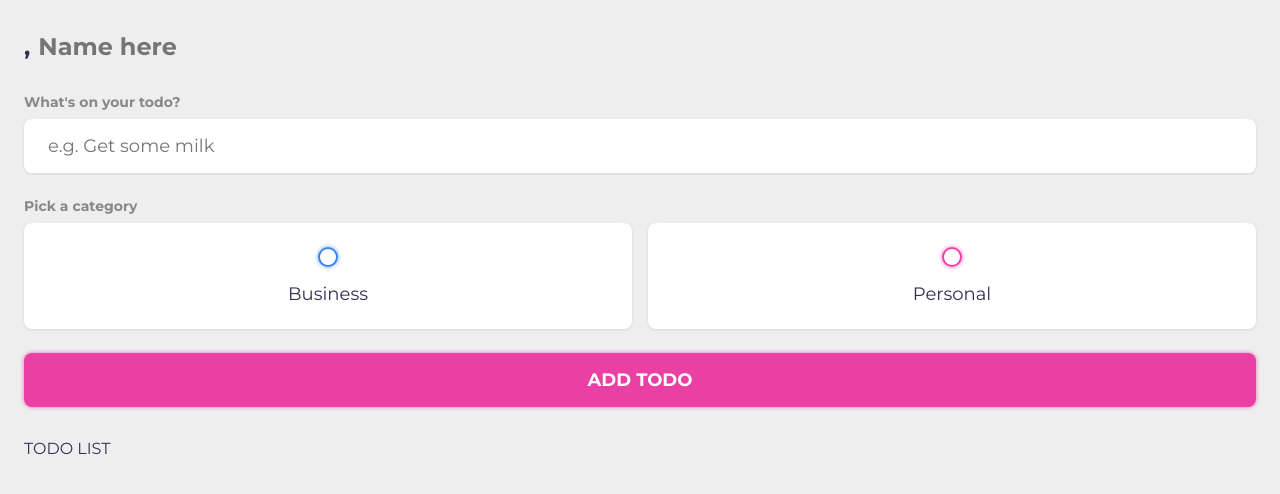
Repository: kluivert-ssali/kaDo_final
Page: index.html
The author's editor kept a copy of each file at every save. The page is drawn from the files as they stood at one save, then again after the next save.
The browser window is 1280 px wide. The pictures show the whole page.
Some web libraries are served in a nearby version.

Above is the page before, as saved 2023-06-11 20:37:45.

### index.html
<!DOCTYPE html>
<html lang="en">
  <head>
    <meta charset="UTF-8" />
    <meta http-equiv="X-UA-Compatible" content="IE=edge" />
    <meta name="viewport" content="width=device-width, initial-scale=1.0" />
    <title>KaDo</title>
    <!-- CSS Import -->
    <link rel="stylesheet" href="main.css" />
    <!-- End of CSS Import -->
    <!-- Fonts -->
    <link rel="preconnect" href="https://fonts.googleapis.com" />
    <link rel="preconnect" href="https://fonts.gstatic.com" crossorigin />
    <link
      href="https://fonts.googleapis.com/css2?family=Fira+Sans:ital,wght@0,400;0,700;0,900;1,400&family=Montserrat:ital,wght@0,400;0,700;0,900;1,400&display=swap"
      rel="stylesheet"
    />
    <!-- End of Fonts -->
  </head>
  <body>
    <script src="https://ajax.googleapis.com/ajax/libs/jquery/2.1.1/jquery.min.js"></script>
    <!-- App Wrapper -->
    <main class="app">
      <!-- Greeting -->
      <h class="day-message"></h>
      <section class="greeting">
        <h2 class="title">
          <span class="day-message"></span>,<input
            type="text"
            id="name"
            placeholder="Name here"
          />
        </h2>
      </section>
      <!-- End of Greeting -->

      <!-- New Todo -->
      <section class="create-todo">
        <form id="new-todo-form">
          <h4>What's on your todo?</h4>
          <input
            type="text"
            placeholder="e.g. Get some milk"
            name="content"
            id="content"
          />

          <h4>Pick a category</h4>
          <div class="options">
            <label>
              <input
                type="radio"
                name="category"
                id="category1"
                value="business"
              />
              <span class="bubble business"></span>
              <div>Business</div>
            </label>
            <label>
              <input
                type="radio"
                name="category"
                id="category2"
                value="personal"
              />
              <span class="bubble personal"></span>
              <div>Personal</div>
            </label>
          </div>

          <input type="submit" value="Add todo" />
        </form>
      </section>
      <!-- End of New Todo -->

      <!-- Todo List -->
      <section class="todo-list">
        <h3>TODO LIST</h3>
        <div class="list" id="todo-list"></div>
      </section>
      <!-- End of Todo List -->
    </main>
    <!-- End of App Wrapper -->

    <!-- JS Import -->
    <script src="main.js"></script>
    <!-- End of JS Import -->
  </body>
</html>

### main.css
/* Variables */
:root {
	--primary: #EA40A4;
	--business: #3a82ee;
	--personal: var(--primary);
	--light: #EEE;
	--grey: #888;
	--dark: #313154;
	--danger: #ff5b57;

	--shadow: 0 1px 3px rgba(0, 0, 0, 0.1);

	--business-glow: 0px 0px 4px rgba(58, 130, 238, 0.75);
	--personal-glow: 0px 0px 4px rgba(234, 64, 164, 0.75);
}
/* End of Variables */

/* Resets */
* {
	margin: 0;
	padding: 0;
	box-sizing: border-box;
	font-family: 'montserrat', sans-serif;
}

input:not([type="radio"]):not([type="checkbox"]), button {
	appearance: none;
	border: none;
	outline: none;
	background: none;
	cursor: initial;
}
/* End of Resets */

body {
	background: var(--light);
	color: var(--dark);
}

section {
	margin-top: 2rem;
	margin-bottom: 2rem;
	padding-left: 1.5rem;
	padding-right: 1.5rem;
}

h3 {
	color: var(--dark);
	font-size: 1rem;
	font-weight: 400;
	margin-bottom: 0.5rem;
}

h4 {
	color: var(--grey);
	font-size: 0.875rem;
	font-weight: 700;
	margin-bottom: 0.5rem;
}

.greeting .title {
	display: flex;
}

.greeting .title input {
	margin-left: 0.5rem;
	flex: 1 1 0%;
	min-width: 0;
}

.greeting .title,
.greeting .title input {
	color: var(--dark);
	font-size: 1.5rem;
	font-weight: 700;
}

.create-todo input[type="text"] {
	display: block;
	width: 100%;
	font-size: 1.125rem;
	padding: 1rem 1.5rem;
	color: var(--dark);
	background-color: #FFF;
	border-radius: 0.5rem;
	box-shadow: var(--shadow);
	margin-bottom: 1.5rem;
}

.create-todo .options {
	display: grid;
	grid-template-columns: repeat(2, 1fr);
	grid-gap: 1rem;
	margin-bottom: 1.5rem;
}

.create-todo .options label {
	display: flex;
	flex-direction: column;
	align-items: center;
	justify-content: center;
	background-color: #FFF;
	padding: 1.5rem;
	box-shadow: var(--shadow);
	border-radius: 0.5rem;
	cursor: pointer;
}

input[type="radio"],
input[type="checkbox"] {
	display: none;
}

.bubble {
	display: flex;
	align-items: center;
	justify-content: center;
	width: 20px;
	height: 20px;
	border-radius: 999px;
	border: 2px solid var(--business);
	box-shadow: var(--business-glow);
}

.bubble.personal {
	border-color: var(--personal);
	box-shadow: var(--personal-glow);
}

.bubble::after {
	content: '';
	display: block;
	opacity: 0;
	width: 0px;
	height: 0px;
	background-color: var(--business);
	box-shadow: var(--business-glow);
	border-radius: 999px;
	transition: 0.2s ease-in-out;
}

.bubble.personal::after {
	background-color: var(--personal);
	box-shadow: var(--personal-glow);
}

input:checked ~ .bubble::after {
	width: 10px;
	height: 10px;
	opacity: 1;
}

.create-todo .options label div {
	color: var(--dark);
	font-size: 1.125rem;
	margin-top: 1rem;
}

.create-todo input[type="submit"] {
	display: block;
	width: 100%;
	font-size: 1.125rem;
	padding: 1rem 1.5rem;
	color: #FFF;
	font-weight: 700;
	text-transform: uppercase;
	background-color: var(--primary);
	box-shadow: var(--personal-glow);
	border-radius: 0.5rem;
	cursor: pointer;
	transition: 0.2s ease-out;
}

.create-todo input[type="submit"]:hover {
	opacity: 0.75;
}

.todo-list .list {
	margin: 1rem 0;
}

.todo-list .todo-item {
	display: flex;
	align-items: center;
	background-color: #FFF;
	padding: 1rem;
	border-radius: 0.5rem;
	box-shadow: var(--shadow);
	margin-bottom: 1rem;
}

.todo-item label {
	display: block;
	margin-right: 1rem;
	cursor: pointer;
}

.todo-item .todo-content {
	flex: 1 1 0%;
}

.todo-item .todo-content input {
	color: var(--dark);
	font-size: 1.125rem;
}

.todo-item .actions {
	display: flex;
	align-items: center;
}

.todo-item .actions button {
	display: block;
	padding: 0.5rem;
	border-radius: 0.25rem;
	color: #FFF;
	cursor: pointer;
	transition: 0.2s ease-in-out;
}

.todo-item .actions button:hover {
	opacity: 0.75;
}

.todo-item .actions .edit {
	margin-right: 0.5rem;
	background-color: var(--primary);
}

.todo-item .actions .delete {
	background-color: var(--danger);
}

.todo-item.done .todo-content input {
	text-decoration: line-through;
	color: var(--grey);
}

### main.js
// good morning function
$(document).ready(function() {
	function dateTime() {
	  var ndate = new Date();
	  var hours = ndate.getHours();
	  var message = hours < 12 ? 'Good Morning' : hours < 18 ? 'Good Afternoon' : 'Good Evening';
	  $("h2.day-message").text(message);

	  $('.date').html(hours.leadingZeroes(2) + ":" + ndate.getMinutes().leadingZeroes(2) + ":" + ndate.getSeconds().leadingZeroes(2) + (hours < 12 ? 'AM' : 'PM'));
	}

	setInterval(dateTime, 1000);
  });

  Number.prototype.leadingZeroes = function(len) {
	return (new Array(len).fill('0', 0).join('') + this).slice(-Math.abs(len));
  }
//   End of good morning furn



window.addEventListener('load', () => {
	todos = JSON.parse(localStorage.getItem('todos')) || [];
	const nameInput = document.querySelector('#name');
	const newTodoForm = document.querySelector('#new-todo-form');

	const username = localStorage.getItem('username') || '';

	nameInput.value = username;

	nameInput.addEventListener('change', (e) => {
		localStorage.setItem('username', e.target.value);
	})

	newTodoForm.addEventListener('submit', e => {
		e.preventDefault();

		const todo = {
			content: e.target.elements.content.value,
			category: e.target.elements.category.value,
			done: false,
			createdAt: new Date().getTime()
		}

		todos.push(todo);

		localStorage.setItem('todos', JSON.stringify(todos));

		// Reset the form
		e.target.reset();

		DisplayTodos()
	})

	DisplayTodos()
})

function DisplayTodos () {
	const todoList = document.querySelector('#todo-list');
	todoList.innerHTML = "";

	todos.forEach(todo => {
		const todoItem = document.createElement('div');
		todoItem.classList.add('todo-item');

		const label = document.createElement('label');
		const input = document.createElement('input');
		const span = document.createElement('span');
		const content = document.createElement('div');
		const actions = document.createElement('div');
		const edit = document.createElement('button');
		const deleteButton = document.createElement('button');

		input.type = 'checkbox';
		input.checked = todo.done;
		span.classList.add('bubble');
		if (todo.category == 'personal') {
			span.classList.add('personal');
		} else {
			span.classList.add('business');
		}
		content.classList.add('todo-content');
		actions.classList.add('actions');
		edit.classList.add('edit');
		deleteButton.classList.add('delete');

		content.innerHTML = `<input type="text" value="${todo.content}" readonly>`;
		edit.innerHTML = 'Edit';
		deleteButton.innerHTML = 'Delete';

		label.appendChild(input);
		label.appendChild(span);
		actions.appendChild(edit);
		actions.appendChild(deleteButton);
		todoItem.appendChild(label);
		todoItem.appendChild(content);
		todoItem.appendChild(actions);

		todoList.appendChild(todoItem);

		if (todo.done) {
			todoItem.classList.add('done');
		}

		input.addEventListener('change', (e) => {
			todo.done = e.target.checked;
			localStorage.setItem('todos', JSON.stringify(todos));

			if (todo.done) {
				todoItem.classList.add('done');
			} else {
				todoItem.classList.remove('done');
			}

			DisplayTodos()

		})

		edit.addEventListener('click', (e) => {
			const input = content.querySelector('input');
			input.removeAttribute('readonly');
			input.focus();
			input.addEventListener('blur', (e) => {
				input.setAttribute('readonly', true);
				todo.content = e.target.value;
				localStorage.setItem('todos', JSON.stringify(todos));
				DisplayTodos()

			})
		})

		deleteButton.addEventListener('click', (e) => {
			todos = todos.filter(t => t != todo);
			localStorage.setItem('todos', JSON.stringify(todos));
			DisplayTodos()
		})

	})
}

After the next save:
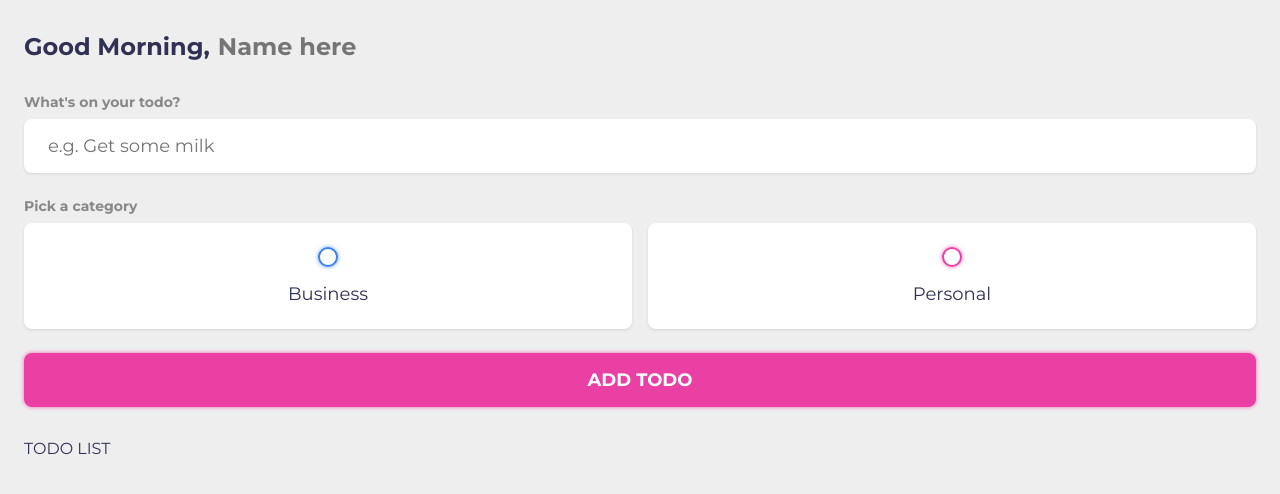
Saved 15 s later.
--- a/main.js
+++ b/main.js
@@ -4,7 +4,7 @@ $(document).ready(function() {
 	  var ndate = new Date();
 	  var hours = ndate.getHours();
 	  var message = hours < 12 ? 'Good Morning' : hours < 18 ? 'Good Afternoon' : 'Good Evening';
-	  $("h2.day-message").text(message);
+	  $("span.day-message").text(message);
 
 	  $('.date').html(hours.leadingZeroes(2) + ":" + ndate.getMinutes().leadingZeroes(2) + ":" + ndate.getSeconds().leadingZeroes(2) + (hours < 12 ? 'AM' : 'PM'));
 	}
